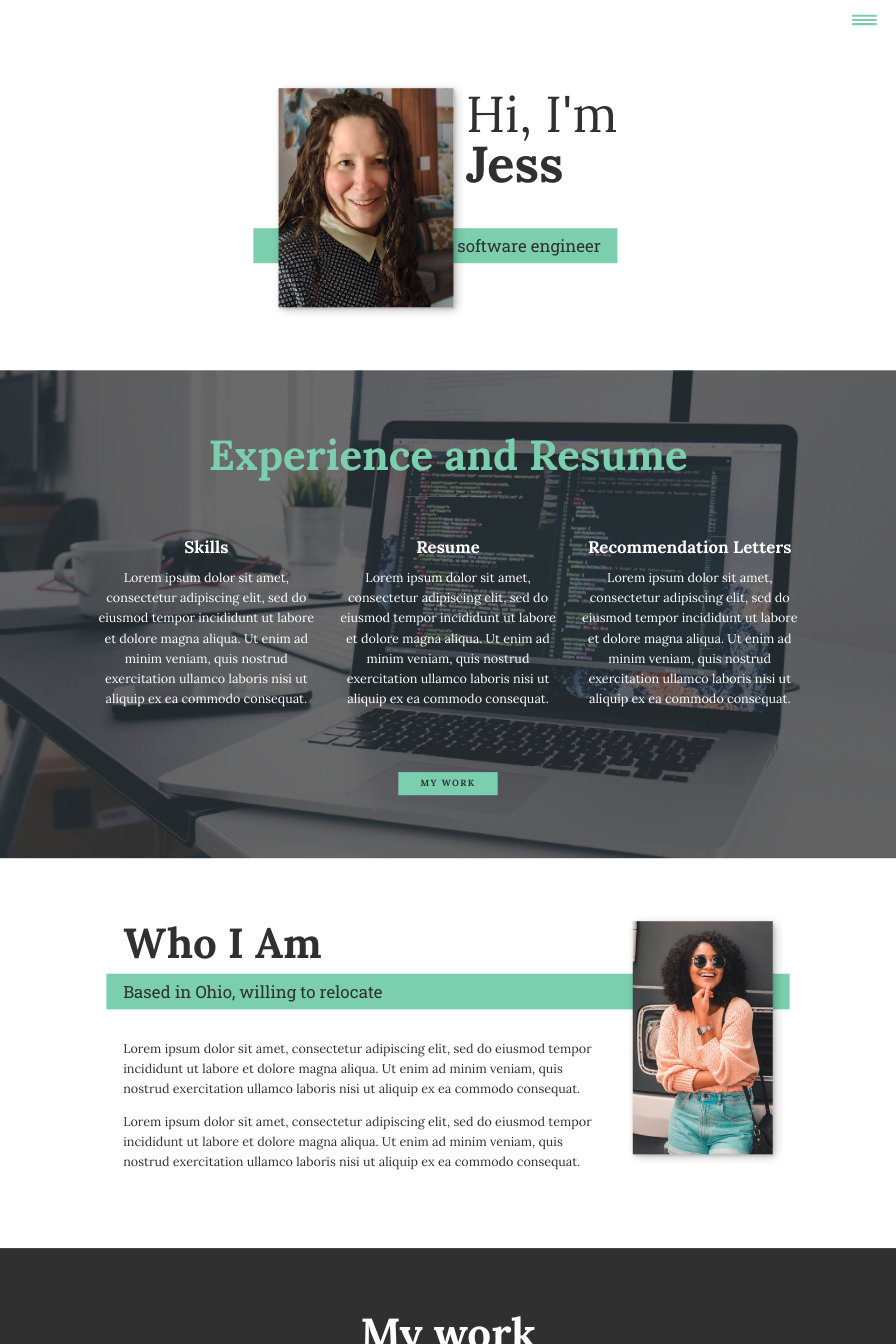
Repository: DinoDime/site
Page: index.html
The author's editor kept a copy of each file at every save. The page is drawn from the files as they stood at one save, then again after the next save.
The browser window is 1280 px wide. The pictures show the part of the page from y = 0 to 1920 px (the page is 3275 px tall), at 70% of full size.
Some web libraries are served in a nearby version.

Above is the page before, as saved 2021-04-29 11:30:27.

### index.html
<!DOCTYPE html>
<html lang="en">
  <head>
    <link
      rel="stylesheet"
      href="https://cdnjs.cloudflare.com/ajax/libs/normalize/8.0.1/normalize.css"
    />
    <meta charset="UTF-8" />
    <meta name="viewport" content="width=device-width, initial-scale=1.0" />
    <title>Jess Perschke</title>
    <link
      rel="stylesheet"
      href="https://cdnjs.cloudflare.com/ajax/libs/normalize/7.0.0/normalize.min.css"
    />
    <link
      rel="stylesheet"
      href="https://cdnjs.cloudflare.com/ajax/libs/font-awesome/5.11.2/css/all.css"
      integrity="sha256-46qynGAkLSFpVbEBog43gvNhfrOj+BmwXdxFgVK/Kvc="
      crossorigin="anonymous"
    />

    <!-- Update these with your own fonts -->
    <link
      href="https://fonts.googleapis.com/css?family=Lora:400,700|Roboto+Slab:400,700&display=swap"
      rel="stylesheet"
    />

    <link rel="stylesheet" href="css/style.css" />
  </head>
  <body>
    <header>
      <button class="nav-toggle" aria-label="toggle navigation">
        <span class="hamburger"></span>
      </button>
      <nav class="nav">
        <ul class="nav__list">
          <li class="nav__item"><a href="#home" class="nav__link">Home</a></li>
          <li class="nav__item">
            <a href="#services" class="nav__link">My Services</a>
          </li>
          <li class="nav__item">
            <a href="#about" class="nav__link">About Me</a>
          </li>
          <li class="nav__item">
            <a href="#work" class="nav__link">My Work</a>
          </li>
        </ul>
      </nav>
    </header>

    <!-- Introduction -->
    <section class="intro" id="home">
      <h1 class="section__title section__title--intro">
        Hi, I'm <strong>Jess</strong>
      </h1>
      <p class="section__subtitle section__subtitle--intro">
        software engineer
      </p>
      <img
        src="img/jess.jpg"
        alt="a picture of Jess Perschke smiling"
        class="intro__img"
      />
    </section>

    <!-- My services -->
    <section class="my-services" id="services">
      <h2 class="section__title section__title--services">
        Experience and Resume
      </h2>
      <div class="services">
        <div class="service">
          <h3>Skills</h3>
          <p>
            Lorem ipsum dolor sit amet, consectetur adipiscing elit, sed do
            eiusmod tempor incididunt ut labore et dolore magna aliqua. Ut enim
            ad minim veniam, quis nostrud exercitation ullamco laboris nisi ut
            aliquip ex ea commodo consequat.
          </p>
        </div>
        <!-- / service -->

        <div class="service">
          <h3>Resume</h3>
          <p>
            Lorem ipsum dolor sit amet, consectetur adipiscing elit, sed do
            eiusmod tempor incididunt ut labore et dolore magna aliqua. Ut enim
            ad minim veniam, quis nostrud exercitation ullamco laboris nisi ut
            aliquip ex ea commodo consequat.
          </p>
        </div>
        <!-- / service -->

        <div class="service">
          <h3>Recommendation Letters</h3>
          <p>
            Lorem ipsum dolor sit amet, consectetur adipiscing elit, sed do
            eiusmod tempor incididunt ut labore et dolore magna aliqua. Ut enim
            ad minim veniam, quis nostrud exercitation ullamco laboris nisi ut
            aliquip ex ea commodo consequat.
          </p>
        </div>
        <!-- / service -->
      </div>
      <!-- / services -->

      <a href="#work" class="btn">My Work</a>
    </section>

    <!-- About me -->
    <section class="about-me" id="about">
      <h2 class="section__title section__title--about">Who I Am</h2>
      <class class="section__subtitle section__subtitle--about">
        Based in Ohio, willing to relocate
      </class>

      <div class="about-me__body">
        <p>
          Lorem ipsum dolor sit amet, consectetur adipiscing elit, sed do
          eiusmod tempor incididunt ut labore et dolore magna aliqua. Ut enim ad
          minim veniam, quis nostrud exercitation ullamco laboris nisi ut
          aliquip ex ea commodo consequat.
        </p>
        <p>
          Lorem ipsum dolor sit amet, consectetur adipiscing elit, sed do
          eiusmod tempor incididunt ut labore et dolore magna aliqua. Ut enim ad
          minim veniam, quis nostrud exercitation ullamco laboris nisi ut
          aliquip ex ea commodo consequat.
        </p>
      </div>

      <img
        src="img/dev-jane-02.jpg"
        alt="Jane leaning against a bus"
        class="about-me__img"
      />
    </section>

    <!-- My Work -->
    <section class="my-work" id="work">
      <h2 class="section__title section__title--work">My work</h2>
      <p class="section__subtitle section__subtitle--work">
        A selection of my range of work
      </p>

      <div class="portfolio">
        <!-- Portfolio item 01 -->
        <a href="portfolio-item.html" class="portfolio__item">
          <img src="img/portfolio-01.jpg" alt="" class="portfolio__img" />
        </a>

        <!-- Portfolio item 02 -->
        <a href="portfolio-item.html" class="portfolio__item">
          <img src="img/portfolio-02.jpg" alt="" class="portfolio__img" />
        </a>

        <!-- Portfolio item 03 -->
        <a href="portfolio-item.html" class="portfolio__item">
          <img src="img/portfolio-03.jpg" alt="" class="portfolio__img" />
        </a>

        <!-- Portfolio item 04 -->
        <a href="portfolio-item.html" class="portfolio__item">
          <img src="img/portfolio-04.jpg" alt="" class="portfolio__img" />
        </a>

        <!-- Portfolio item 05 -->
        <a href="portfolio-item.html" class="portfolio__item">
          <img src="img/portfolio-05.jpg" alt="" class="portfolio__img" />
        </a>

        <!-- Portfolio item 06 -->
        <a href="portfolio-item.html" class="portfolio__item">
          <img src="img/portfolio-06.jpg" alt="" class="portfolio__img" />
        </a>

        <!-- Portfolio item 07 -->
        <a href="portfolio-item.html" class="portfolio__item">
          <img src="img/portfolio-07.jpg" alt="" class="portfolio__img" />
        </a>

        <!-- Portfolio item 08 -->
        <a href="#" class="portfolio__item">
          <img src="img/portfolio-08.jpg" alt="" class="portfolio__img" />
        </a>

        <!-- Portfolio item 09 -->
        <a href="#" class="portfolio__item">
          <img src="img/portfolio-09.jpg" alt="" class="portfolio__img" />
        </a>

        <!-- Portfolio item 0 0-->
        <a href="#" class="portfolio__item">
          <img src="img/portfolio-10.jpg" alt="" class="portfolio__img" />
        </a>
      </div>
    </section>

    <!-- Footer -->
    <footer class="footer">
      <!-- replace with your own email address -->
      <a href="mailto:jessicaperschke@mailbox.org" class="footer__link"
        >jessicaperschke@mailbox.org</a
      >
      <ul class="social-list">
        <li class="social-list__item">
          <a class="social-list__link" href="https://github.com">
            <i class="fab fa-github"></i>
          </a>
        </li>
      </ul>
    </footer>

    <script src="js/index.js"></script>
  </body>
</html>

### css/style.css
*,
*::before,
*::after {
  box-sizing: border-box;
}

/* Custom Properties, update these for your own design */

:root {
  --ff-primary: "Lora", serif;
  --ff-secondary: "Roboto Slab", serif;

  --fw-reg: 400;
  --fw-bold: 700;

  --clr-light: #fff;
  --clr-dark: hsl(0, 0%, 19%);
  --clr-accent: rgb(123, 207, 175);

  --fs-h1: 3rem;
  --fs-h2: 2.25rem;
  --fs-h3: 1.25rem;
  --fs-body: 1rem;

  --bs: 0.25em 0.25em 0.75em rgba(0, 0, 0, 0.25),
    0.125em 0.125em 0.25em rgba(0, 0, 0, 0.15);
}

@media (min-width: 800px) {
  :root {
    --fs-h1: 4.5rem;
    --fs-h2: 3.75rem;
    --fs-h3: 1.5rem;
    --fs-body: 1.125rem;
  }
}

/* General styles */

/* endable this to add smooth scrolling */
/* html {
    scroll-behavior: smooth;
} */

body {
  background: var(--clr-light);
  color: var(--clr-dark);
  margin: 0;
  font-family: var(--ff-primary);
  font-size: var(--fs-body);
  line-height: 1.6;
}

section {
  padding: 5em 2em;
}

img {
  display: block;
  max-width: 100%;
}

strong {
  font-weight: var(--fw-bold);
}

:focus {
  outline: 3px solid var(--clr-accent);
  outline-offset: 3px;
}

/* Buttons */

.btn {
  display: inline-block;
  padding: 0.5em 2.5em;
  background: var(--clr-accent);
  color: var(--clr-dark);
  text-decoration: none;
  cursor: pointer;
  font-size: 0.8rem;
  text-transform: uppercase;
  letter-spacing: 2px;
  font-weight: var(--fw-bold);
  transition: transform 200ms ease-in-out;
}

.btn:hover {
  transform: scale(1.1);
}

/* Typography */

h1,
h2,
h3 {
  line-height: 1;
  margin: 0;
}

h1 {
  font-size: var(--fs-h1);
}
h2 {
  font-size: var(--fs-h2);
}
h3 {
  font-size: var(--fs-h3);
}

.section__title {
  margin-bottom: 0.25em;
}

.section__title--intro {
  font-weight: var(--fw-reg);
}

.section__title--intro strong {
  display: block;
}

.section__subtitle {
  margin: 0;
  font-size: var(--fs-h3);
}

.section__subtitle--intro,
.section__subtitle--about {
  background: var(--clr-accent);
  padding: 0.25em 1em;
  font-family: var(--ff-secondary);
  margin-bottom: 1em;
}

.section__subtitle--work {
  color: var(--clr-accent);
  font-weight: var(--fw-bold);
  margin-bottom: 2em;
}

/* header */

header {
  display: flex;
  justify-content: space-between;
  padding: 1em;
}

.logo {
  max-width: 100px;
}

.nav {
  position: fixed;
  background: var(--clr-dark);
  color: var(--clr-light);
  top: 0;
  bottom: 0;
  left: 0;
  right: 0;
  z-index: 100;

  transform: translateX(100%);
  transition: transform 250ms cubic-bezier(0.5, 0, 0.5, 1);
}

.nav__list {
  list-style: none;
  display: flex;
  height: 100%;
  flex-direction: column;
  justify-content: space-evenly;
  align-items: center;
  margin: 0;
  padding: 0;
}

.nav__link {
  color: inherit;
  font-weight: var(--fw-bold);
  font-size: var(--fs-h2);
  text-decoration: none;
}

.nav__link:hover {
  color: var(--clr-accent);
}

.nav-toggle {
  padding: 0.5em;
  background: transparent;
  border: 0;
  cursor: pointer;
  position: absolute;
  right: 1em;
  top: 1em;
  z-index: 1000;
}

.nav-open .nav {
  transform: translateX(0);
}

.nav-open .nav-toggle {
  position: fixed;
}

.nav-open .hamburger {
  transform: rotate(0.625turn);
}

.nav-open .hamburger::before {
  transform: rotate(90deg) translateX(-6px);
}

.nav-open .hamburger::after {
  opacity: 0;
}

.hamburger {
  display: block;
  position: relative;
}

.hamburger,
.hamburger::before,
.hamburger::after {
  background: var(--clr-accent);
  width: 2em;
  height: 3px;
  border-radius: 1em;
  transition: transform 250ms ease-in-out;
}

.hamburger::before,
.hamburger::after {
  content: "";
  position: absolute;
  left: 0;
  right: 0;
}

.hamburger::before {
  top: 6px;
}
.hamburger::after {
  bottom: 6px;
}

/*  Intro section  */

.intro {
  position: relative;
}

.intro__img {
  box-shadow: var(--bs);
}

.section__subtitle--intro {
  display: inline-block;
}

@media (min-width: 600px) {
  .intro {
    display: grid;
    width: min-content;
    margin: 0 auto;
    grid-column-gap: 1em;
    grid-template-areas:
      "img title"
      "img subtitle";
    grid-template-columns: min-content max-content;
  }

  .intro__img {
    grid-area: img;
    min-width: 250px;
    position: relative;
    z-index: 2;
  }

  .section__subtitle--intro {
    align-self: start;
    grid-column: -1 / 1;
    grid-row: 2;
    text-align: right;
    position: relative;
    left: -1.5em;
    width: calc(100% + 1.5em);
  }
}

/*  My services section  */

.my-services {
  background-color: var(--clr-dark);
  background-image: url(../img/services-bg.jpg);
  background-size: cover;
  /* background-blend-mode: multiply; */
  color: var(--clr-light);
  text-align: center;
}

.section__title--services {
  color: var(--clr-accent);
  position: relative;
}

.section__title--services::after {
  content: "";
  display: block;
  width: 2em;
  height: 1px;
  margin: 0.5em auto 1em;
  background: var(--clr-light);
  opacity: 0.25;
}

.services {
  margin-bottom: 4em;
}

.service {
  max-width: 500px;
  margin: 0 auto;
}

@media (min-width: 800px) {
  .services {
    display: flex;
    max-width: 1000px;
    margin-left: auto;
    margin-right: auto;
  }

  .service + .service {
    margin-left: 2em;
  }
}

.about-me {
  max-width: 1000px;
  margin: 0 auto;
}

.about-me__img {
  box-shadow: var(--bs);
}

@media (min-width: 600px) {
  .about-me {
    display: grid;
    grid-template-columns: 1fr 200px;
    grid-template-areas:
      "title img"
      "subtitle img"
      "text img";
    grid-column-gap: 2em;
  }

  .section__title--about {
    grid-area: title;
  }

  .section__subtitle--about {
    grid-column: 1 / -1;
    grid-row: 2;
    position: relative;
    left: -1em;
    width: calc(100% + 2em);
    padding-left: 1em;
    padding-right: calc(200px + 4em);
  }

  .about-me__img {
    grid-area: img;
    position: relative;
    z-index: 2;
  }
}

/* My Work */

.my-work {
  background-color: var(--clr-dark);
  color: var(--clr-light);
  text-align: center;
}

.portfolio {
  display: grid;
  grid-template-columns: repeat(auto-fit, minmax(300px, 1fr));
}

.portfolio__item {
  background: var(--clr-accent);
  overflow: hidden;
}

.portfolio__img {
  transition: transform 750ms cubic-bezier(0.5, 0, 0.5, 1), opacity 250ms linear;
}

.portfolio__item:focus {
  position: relative;
  z-index: 2;
}

.portfolio__img:hover,
.portfolio__item:focus .portfolio__img {
  transform: scale(1.2);
  opacity: 0.5;
}

/* footer */

.footer {
  background: #111;
  color: var(--clr-accent);
  text-align: center;
  padding: 2.5em 0;
  font-size: var(--fs-h3);
}

.footer a {
  color: inherit;
  text-decoration: none;
}

.footer__link {
  font-weight: var(--fw-bold);
}

.footer__link:hover,
.social-list__link:hover {
  opacity: 0.7;
}

.footer__link:hover {
  text-decoration: underline;
}

.social-list {
  list-style: none;
  display: flex;
  justify-content: center;
  margin: 2em 0 0;
  padding: 0;
}

.social-list__item {
  margin: 0 0.5em;
}

.social-list__link {
  padding: 0.5em;
}

/* Individual portfolio item styles */

.portfolio-item-individual {
  padding: 0 2em 2em;
  max-width: 1000px;
  margin: 0 auto;
}

.portfolio-item-individual p {
  max-width: 600px;
  margin-left: auto;
  margin-right: auto;
}

Loaded but not shown: js/index.js (no copy from this time; the picture is the same without it)

After the next save:
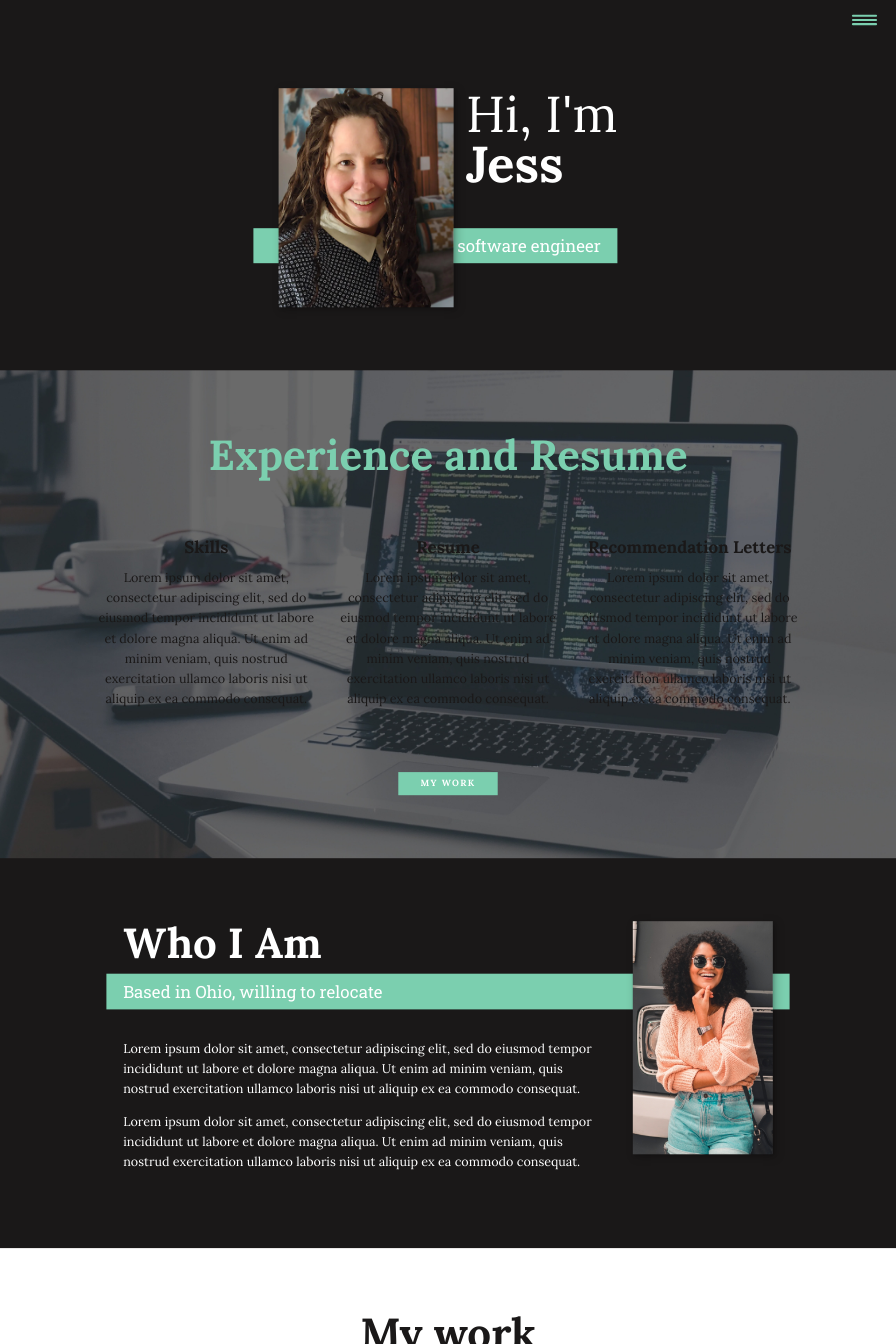
Saved 96 s later.
--- a/css/style.css
+++ b/css/style.css
@@ -13,8 +13,8 @@
   --fw-reg: 400;
   --fw-bold: 700;
 
-  --clr-light: #fff;
-  --clr-dark: hsl(0, 0%, 19%);
+  --clr-light: rgb(26, 24, 24);
+  --clr-dark: white;
   --clr-accent: rgb(123, 207, 175);
 
   --fs-h1: 3rem;
